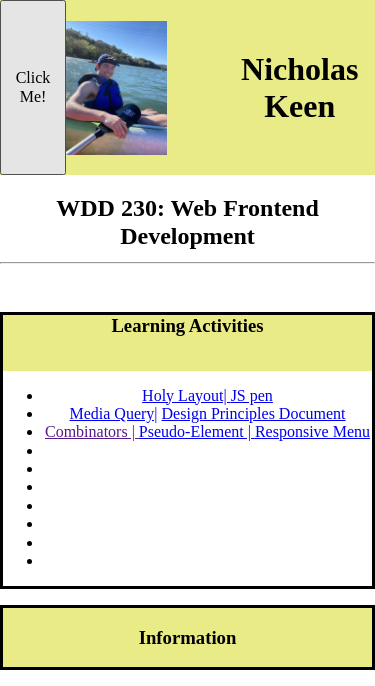
Repository: nak97/WDD230
Page: index.html
The author's editor kept a copy of each file at every save. The page is drawn from the files as they stood at one save, then again after the next save.
The browser window is 375 px wide. The pictures show the part of the page from y = 0 to 686 px (the page is 1275 px tall).
Pictures or frames that could not be fetched are drawn as grey boxes. Some icons come from a web library that is not loaded, so they are not drawn. Some web libraries are served in a nearby version.

Above is the page before, as saved 2023-09-28 16:32:41.
Console error: TypeError: Cannot read properties of null (reading 'addEventListener')

### index.html
<!DOCTYPE html>
<html lang="en-US">
<head>
  <meta charset="UTF-8">
  <meta name="viewport" content="width=device-width, initial-scale=1.0">
  <title>Nick Keen - WDD 230 - Web Frontend Development</title>
  <meta name="description" content="WDD 230 - Nicholas Keen  - Web Frontend Development projects">
  <meta name="author" content="Nicholas Keen">
  <link rel="stylesheet" href="./styles/normalize.css">
  <link rel="stylesheet" href="./styles/base.css">
  <link rel="stylesheet" href="./styles/media.css">
  <link rel="icon" href="favicon.ico">
  <meta property="og:title" content="facebook"/>
  <meta property="og:type" content="website" />
  <meta property="og:url" content="facebook.com" />
  <meta property="og:image" content="images/facebook-meta-tag-pic.png" />
</head>
<body>

  <header>
    <button type="button" onclick="alert('Hello world!')">Click Me!</button>
    <img src="images/Snapchat-1695523002.jpg" alt="img">
    <h1>
      Nicholas Keen
    </h1>
  </header>
  <nav class="navigation">

    <a href="#">Home</a>
    <a href="chamber/siteplan.html" target="_blank">Site Plan</a>
    <a href="chamber/" target="_blank">Chamber</a>
    <a href="https://www.byui.edu/" target="_blank">BYU-IDAHO</a>
    <a href="https://www.churchofjesuschrist.org/study/scriptures/bofm/alma/27?lang=eng&id=p18#p18" target="_blank">Scripture</a>
  </nav>

  <main>
    <h2 class="title">
      WDD 230: Web Frontend Development
      <hr>
    </h2>

    <section class="card card-1">
      <h3> Learning Activities </h3>
      <ul>
        <li>
          <a href="#"> Holy Layout| </a> <a href="#">JS pen</a>
        </li>
        <li>
          <a href="#"> Media Query|</a> <a href="./lesson02/design-principles.html" target="_blank">Design Principles Document</a>
        </li>
        <li>
          <a href="">Combinators | </a> <a href="https://codepen.io/blazzard-jason/pen/LYjLRqN">Pseudo-Element | </a> <a href="https://codepen.io/nak97/pen/LYMmWJq">Responsive Menu</a>
        </li>
        <li>
          <a href=""></a>
        </li>
        <li>
          <a href=""></a>
        </li>
        <li>
          <a href=""></a>
        </li>
        <li>
          <a href=""></a>
        </li>
        <li>
          <a href=""></a>
        </li>
        <li>
          <a href=""></a>
        </li>
        <li>
          <a href=""></a>
        </li>
      </ul>
    </section>

    <section class="card card-2">
      <h3>
        Information
      </h3>


    </section>


  </main>

  <iframe src="https://www.google.com/maps/embed?pb=!1m18!1m12!1m3!1d54988.89090360679!2d-97.71421805902354!3d30.52653335449952!2m3!1f0!2f0!3f0!3m2!1i1024!2i768!4f13.1!3m3!1m2!1s0x8644d1a4ed2d22e7%3A0x7217259ede04b10!2sRound%20Rock%2C%20TX!5e0!3m2!1sen!2sus!4v1695938363198!5m2!1sen!2sus" width="600r" height="450" style="border:0;" allowfullscreen="" loading="lazy" referrerpolicy="no-referrer-when-downgrade"></iframe>

  <footer>
    <p>
      <i class="fa-sharp fa-light fa-copyright"></i>2023
    </p>
   <p>
    Nicholas Keen Texas <br>
   </p>

   <p id="lastModified">

   </p>

  </footer>
  <script src="scripts/getdates.js"></script>
  <script src="scripts/menu.js"></script>
  <script src="https://kit.fontawesome.com/615002bc5f.js" crossorigin="anonymous"></script>

</body>
</html>

### styles/base.css
body{
  text-align: center;
  text-decoration: none;
}

header {
  display: flex;
    justify-content: center;
    margin-top: auto;
    margin-bottom: auto;
    margin-right: auto;
    margin-left: auto;
    width: 100%;
    background-color: #E9EB87;
    height: 10.9375rem;
}
header h1 {
  margin-top: auto;
  margin-bottom: auto;
}
img{
  height: 8.375rem;
  width: 6.4375rem;
  margin-right: 3.625rem;
  margin-top: auto;
  margin-bottom: auto;
}
nav {
  display: flex;
  background-color: black;
  width: 100%;
  height: 6.25rem;
  justify-content: space-evenly;
  align-items: center;
}

.title {
  grid-area: title ;
}

nav a {
  color: #E9EB87;
  text-decoration: none;
}
hr {width: 28.9375}

main {
  display: grid !important;
  grid-template-rows: .1fr 1fr;
  justify-content: center;
  grid-template-columns: 1fr .5fr 1fr;
  grid-template-areas:
  " title title title"
  "card-1 card-1 card-2";
  grid-gap: 1rem;

}

.card-1 {
 grid-area: card-1;

}
.card-1 h3{
background-color: #E9EB87;
margin: 0;
padding-bottom: 2.125rem;
}

.card-2 {
  background-color: #E9EB87;
  grid-area: card-2;
}
.card {

  border: black 3px solid;
}

footer {
  display: flex;
  margin-top: 1.75rem;
  max-width: 62.0625rem;
  margin-left: auto;
  margin-right: auto;
  justify-content: center;
  border: 0.1875rem black solid;
  height: 4.375rem;
  background-color: #E9EB87;

}

iframe {
  width: 37.5rem;
  height: 30rem;
}

.fa-sharp fa-light fa-copyright {
  color: #050505;
}

### styles/media.css
@media screen and (max-width: 578px) {
  body{
    text-align: center;
    text-decoration: none;
  }

  nav {
    display: none !important;

  }
   main {
     grid-template-areas:
     " title"
     " card-1"
     " card-2";
     grid-template-columns: 1fr ;
     margin-bottom: 1rem;
  }

  iframe {
      width: 22.5rem;

  }




}

### scripts/getdates.js
var date = document.lastModified;
document.getElementById("lastModified").innerHTML = "The document was last modified on : " + date;

Loaded but not shown: styles/normalize.css (library); scripts/menu.js (common file)

After the next save:
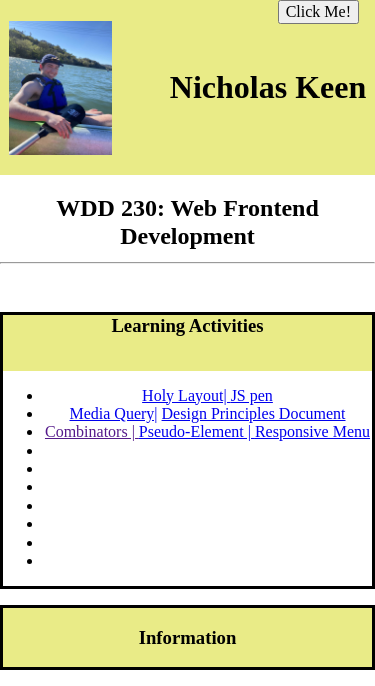
Saved 2 min 29 s later.
--- a/styles/media.css
+++ b/styles/media.css
@@ -22,6 +22,10 @@
 
   }
 
+button {
+  position: absolute;
+  right: 1rem;
+}
 
 
 
